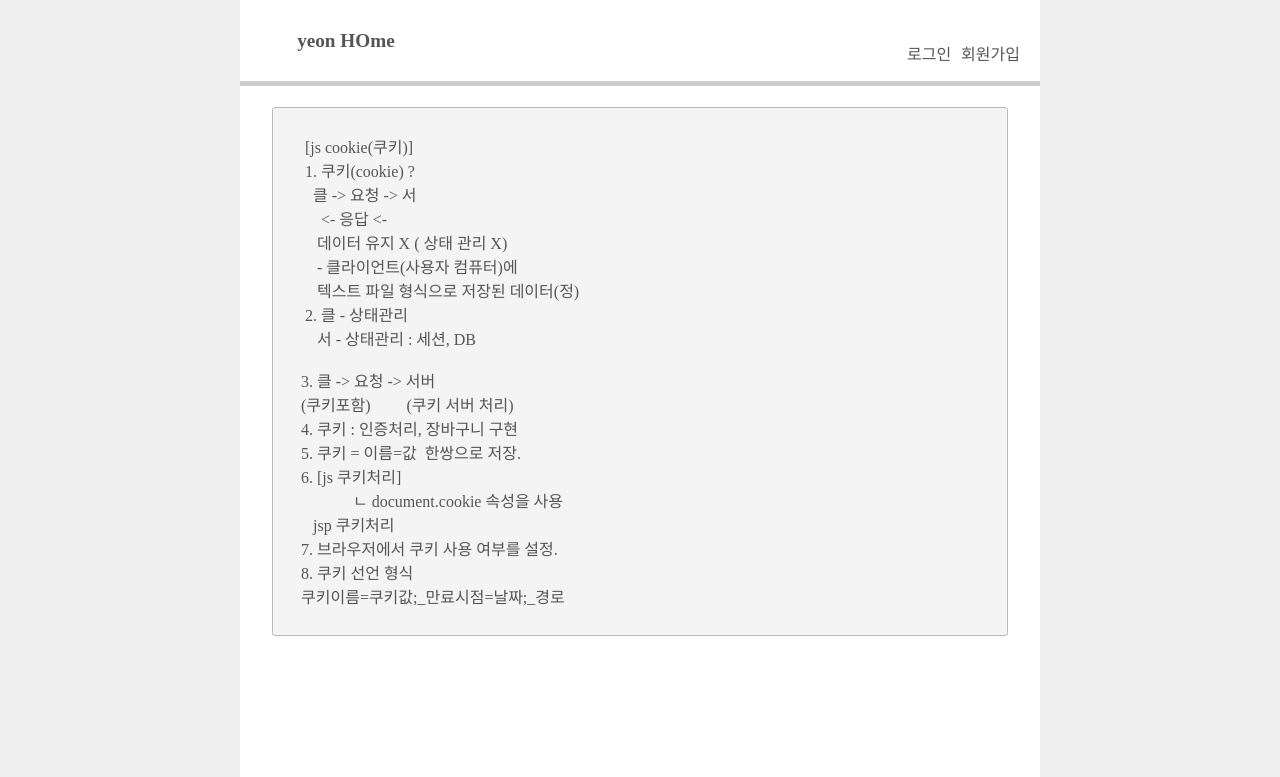
Repository: yeonhwa323/webPro
Page: webPro/src/main/webapp/javascript/days09/ex01.html
An editor plug-in stored every save of this project. The page is shown before and after the next save, followed by the edit.
The browser window is 1280 px wide. The pictures show the whole page.
Some web fonts or font styles are not loaded; a fallback is used.

Above is the page before, as saved 2024-04-17 00:10:45.

### webPro/src/main/webapp/javascript/days09/ex01.html
<!DOCTYPE html>
<html>
<head>
<meta charset="UTF-8">
<meta name="viewport" content="width=device-width, initial-scale=1.0">
<title>Insert title here</title>
<link rel="shortcut icon" type="image/x-icon" href="http://localhost/webPro/images/SiSt.ico">
<script src="https://ajax.googleapis.com/ajax/libs/jquery/3.7.1/jquery.min.js"></script>
<link rel="stylesheet" href="http://localhost/webPro/resources/cdn-main/example.css">
<script src="http://localhost/webPro/resources/cdn-main/example.js"></script>
<style>
 span.material-symbols-outlined{
   vertical-align: text-bottom;
 }
</style>
</head>
<body>
<header>
  <h1 class="main"><a href="#" style="position: absolute;top:30px;">yeon HOme</a></h1>
  <ul>
    <li><a href="#">로그인</a></li>
    <li><a href="#">회원가입</a></li>
  </ul>
</header>
<div>
  <xmp class="code">
    [js cookie(쿠키)]
    1. 쿠키(cookie) ?
      클 -> 요청 -> 서
        <- 응답 <-
       데이터 유지 X ( 상태 관리 X)
       - 클라이언트(사용자 컴퓨터)에
       텍스트 파일 형식으로 저장된 데이터(정)
    2. 클 - 상태관리
       서 - 상태관리 : 세션, DB

   3. 클 -> 요청 -> 서버
   (쿠키포함)         (쿠키 서버 처리)
   4. 쿠키 : 인증처리, 장바구니 구현
   5. 쿠키 = 이름=값  한쌍으로 저장.
   6. [js 쿠키처리]
   		ㄴ document.cookie 속성을 사용
      jsp 쿠키처리
   7. 브라우저에서 쿠키 사용 여부를 설정.
   8. 쿠키 선언 형식
   쿠키이름=쿠키값;_만료시점=날짜;_경로
  </xmp>
</div>
</body>
</html>

### webPro/src/main/webapp/resources/cdn-main/example.css
@charset "UTF-8";

@import url('https://fonts.googleapis.com/css2?family=Material+Symbols+Outlined:opsz,wght,FILL,GRAD@20..48,100..700,0..1,-50..200');

@font-face {
    font-family: 'GmarketSansMedium';
    src: url('https://cdn.jsdelivr.net/gh/projectnoonnu/noonfonts_2001@1.1/GmarketSansMedium.woff') format('woff');
    font-weight: normal;
    font-style: normal;
}

:root {
	--text-color: #555;
	--sub-text-color: #777;
	--back-color: #EFEFEF;
	--header-color: #444;
	--primary-color: #DEDEDE;
	--secondary-color: #EFEFEF;
	--default-width: 800px;
	--narrow-width: 500px;
	--wide-width: 1200px;
	--text-font: 'GmarketSansMedium';
	--icon-font: 'Material Symbols Outlined';
	--border-color: #CCC;
}

html, body {
	margin: 0;
	padding: 0;
}

html {
	background-color: var(--back-color);
	display: flex;
	justify-content: center;
	min-height: 100vh;
}

body, body.default {
	width: var(--default-width);
	background-color: white;
	padding-bottom: 120px;
}

body.wide {
	width: var(--wide-width);
}

body.narrow {
	width: var(--narrow-width);
}



body, p, div, span, a, input, select, option, textarea, button, table, th, td, label, fieldset, legend {
	font-family: var(--text-font);
	color: var(--text-color);
}

h1, h2, h3 {
	font-family: var(--text-font);
	color: var(--header-color);
	padding: 0 1rem;
	padding-top: .5rem;
}

div > h1, div > h2, div > h3 {
	padding: 0;
}

body > div, body > main > div {
	padding: 0.3rem 1rem;
}


h1 { font-size: 2rem; border-bottom: 1px solid var(--border-color); }
h1 small { font-size: 1.2rem; color: var(--sub-text-color); }
h2 { font-size: 1.5rem; border-bottom: 1px dashed var(--border-color); }
h2 small { font-size: 1.1rem; color: --sub-text-color; }
h3 { font-size: 1.2rem; }
h3 small { font-size: 1rem; color: --sub-text-color; }



h1.main::before {
	font-family: var(--icon-font);
  	content: '\e666';
  	margin-right: 10px;
  	float: left;
	font-size: 2.5rem;
}

h1.sub::before {
	font-family: var(--icon-font);
  	content: '\ea19';
  	margin-right: 10px;
  	float: left;
	font-size: 2.5rem;
}


h1.page::before {
	font-family: var(--icon-font);
  	content: '\e0e0';
  	margin-right: 10px;
  	float: left;
	font-size: 2.5rem;
}

body > header > ul > li > .active{
	background-color: #FFF;
	color:#F00;
}

body > header {
	display: flex;
	justify-content: space-between;
	border-bottom: 5px solid var(--border-color);
	min-height: 74px;
	background-color: #FFF;
}

body > header.sticky {
	position: sticky;
	top: 0;
	z-index: 98;
}

body > header > h1 {
	font-size: 1.2rem;
	border: 0;
}

body > header.in > h1::before {
	font-family: var(--icon-font);
  	content: '\e332‥';
  	margin-right: 3px;
  	float: left;
	font-size: 2rem;
}


body > header > ul {
	list-style-type: none;
	display: flex;
	align-items: flex-end;
	margin-right: 10px;
}

body > header > ul > li {
	margin-right: 10px;
	cursor: pointer;
}

body > header > ul > li > a {
	cursor: pointer;
}


form {
	display: block;
}

form > div {
	padding: 0.3rem 1rem;
}

div > form > div {
	padding: 0.3rem 0;
}

input, textarea, button, select {
	border: 1px solid #BBB;
	border-radius: 3px;
	outline: none;
	resize: none;
	padding: 7px;
	margin: 0;
}

input[type=text]:read-only, textarea:read-only {
	cursor: not-allowed;
	background-color: #FFF;
}

input[type=text]:disabled, textarea:disabled {
	cursor: not-allowed;
	background-color: #EEE;
}

input[type=text], input[type=password], textarea, button, select {
	/* width: 300px; */
}

textarea {
	display: block;
	height: 100px;
}

input[type=button], input[type=submit], button {
	/* width: inherit; */
}

input.short, textarea.short, button.short, select.short {
	width: 100px;
}

input.long, textarea.long, button.long, select.long {
	width: 350px;
}

.narrow input.long, .narrow textarea.long, .narrow button.long, .narrow select.long {
	width: calc(100% - 20px);
}

input.full, textarea.full, button.full, select.full {
	width: calc(100% - 20px);
}

textarea.short {
	height: 50px;
}

textarea.long {
	height: 100px;
}

textarea.full {
	height: 200px;
}

input, textarea {
	padding-top: 8px;
}

input[type=button], input[type=submit], button {
	padding: 5px 10px;
	background-color: var(--secondary-color);
	cursor: pointer;
	min-height: 36px;
}

input[type=button].primary, input[type=submit].primary, button.primary {
	/* background-color: rgba(100, 149, 237, .2); */
	background-color: var(--primary-color);
}

input[type=button].primary:hover, input[type=submit].primary:hover, button.primary:hover {
	/* background-color: rgba(100, 149, 237, .3); */
	background-color: var(--secondary-color);
}

input[type=button]:hover, input[type=submit]:hover, button:hover {
	background-color: var(--primary-color);
}

button {
	position: relative;
	left: 0;
	top: 0;
	padding-left: 35px;
}

button .material-symbols-outlined {
	position: absolute;
	left: 10px;
	top: 4px;
}

/* k2nik add */
button.login::before {
	font-family: var(--icon-font);
  	content: '\ea77';
	position: absolute;
	left: 11px;
	top: 4px;
	font-size: 1.25rem;
}

/* k2nik logout */
button.logout::before {
	font-family: var(--icon-font);
  	content: '\e9ba';
	position: absolute;
	left: 11px;
	top: 4px;
	font-size: 1.25rem;
}

/* k2nik help */
button.help::before {
	font-family: var(--icon-font);
  	content: '\f1c0';
	position: absolute;
	left: 11px;
	top: 4px;
	font-size: 1.25rem;
}

button.add::before{
	font-family: var(--icon-font);
  	content: '\e746';
	position: absolute;
	left: 11px;
	top: 4px;
	font-size: 1.25rem;
}

button.back::before {
	font-family: var(--icon-font);
  	content: '\e166';
	position: absolute;
	left: 11px;
	top: 4px;
	font-size: 1.25rem;
}

button.list::before {
	font-family: var(--icon-font);
  	content: '\e0ee';
	position: absolute;
	left: 11px;
	top: 4px;
	font-size: 1.25rem;
}


button.del::before {
	font-family: var(--icon-font);
  	content: '\e872';
	position: absolute;
	left: 11px;
	top: 4px;
	font-size: 1.25rem;
}


button.edit::before {
	font-family: var(--icon-font);
  	content: '\e745';
	position: absolute;
	left: 11px;
	top: 4px;
	font-size: 1.25rem;
}


button.login::before {
	font-family: var(--icon-font);
  	content: '\ea77';
	position: absolute;
	left: 11px;
	top: 4px;
	font-size: 1.25rem;
}


button.logout::before {
	font-family: var(--icon-font);
  	content: '\e9ba';
	position: absolute;
	left: 11px;
	top: 4px;
	font-size: 1.25rem;
}


button.in::before {
	font-family: var(--icon-font);
  	content: '\f71a';
	position: absolute;
	left: 11px;
	top: 4px;
	font-size: 1.25rem;
}


button.out::before {
	font-family: var(--icon-font);
  	content: '\f70e';
	position: absolute;
	left: 11px;
	top: 4px;
	font-size: 1.25rem;
}


button.reply::before {
	font-family: var(--icon-font);
  	content: '\e15e';
	position: absolute;
	left: 11px;
	top: 4px;
	font-size: 1.25rem;
}


button.comment::before {
	font-family: var(--icon-font);
  	content: '\e0b9';
	position: absolute;
	left: 11px;
	top: 4px;
	font-size: 1.25rem;
}


button.modal::before {
	font-family: var(--icon-font);
  	content: '\e89e';
	position: absolute;
	left: 11px;
	top: 4px;
	font-size: 1.25rem;
}


button.ok::before {
	font-family: var(--icon-font);
  	content: '\e86c';
	position: absolute;
	left: 11px;
	top: 4px;
	font-size: 1.25rem;
}


button.cancel::before {
	font-family: var(--icon-font);
  	content: '\e5c9';
	position: absolute;
	left: 11px;
	top: 4px;
	font-size: 1.25rem;
}

button.search::before {
	font-family: var(--icon-font);
  	content: '\e8b6';
	position: absolute;
	left: 11px;
	top: 4px;
	font-size: 1.25rem;
}

button.home::before {
	font-family: var(--icon-font);
  	content: '\e88a';
	position: absolute;
	left: 11px;
	top: 4px;
	font-size: 1.25rem;
}


button.sidebar::before {
	font-family: var(--icon-font);
  	content: '\f7e4';
	position: absolute;
	left: 11px;
	top: 4px;
	font-size: 1.25rem;
}


button.sidebar-right::before {
	font-family: var(--icon-font);
  	content: '\f7e5';
	position: absolute;
	left: 11px;
	top: 4px;
	font-size: 1.25rem;
}




button::before {
	font-family: var(--icon-font);
  	content: '\e323';
	position: absolute;
	left: 11px;
	top: 4px;
	font-size: 1.25rem;
}


table {
	border-collapse: collapse;
	margin: 1rem;
	box-sizing: border-box;
	width: calc(100% - 32px);
}

table.content {
	width: auto;
}

div > table {
	margin: 0;
}

table th, table td {
	border: 1px solid var(--border-color);
	padding: 7px;
	font-weight: normal;
}

table th {
	background-color: var(--back-color);
}

table.vertical th {
	width: 150px;
}

table.vertical td {
	width: calc(100% - 182px);
	padding-left: 10px;
}

table.content td, table.content th {
	width: auto;
}

body.narrow table.vertical th {
	width: 100px;
}

body.narrow table.vertical td {
	width: calc(100% - 182px);
}


table + table {
	margin-top: 30px;
}


p {
	padding: 0 1rem;
}

a {
	text-decoration: none;
}

a:hover {
	color: rgba(255, 99, 71, .7);
}

hr {
	border: 0;
	border-top: 1px solid var(--border-color);
	margin: 2rem 0;
}

.message {
	border: 1px solid var(--border-color);
	background-color: #EFEFEF;
	margin: 1rem;
	width: auto;
	padding-top: 10px;
	padding-bottom: 10px;
	font-size: 14px;
}

.message[title]::before {
	content: attr(title);
	display: block;
	border-bottom: 1px solid var(--border-color);
	padding-bottom: 5px;
	margin-bottom: 10px;
	margin-top: 7px;
}

.message.short {
	max-width: 250px;
}

.message.long {
	max-width: 500px;
}

.badge {
	float: right;
	font-size: .8rem;
	margin-top: 2px;
	margin-right: 2px;
	text-shadow: 0 0 7px gray;
}

.badge.left {
	float: none;
	margin-left: 2px;
}

.badge.right {
	float: right;
}

.badge.red {
	border-radius: 50%;
	padding: 2px 5px;
	background-color: rgb(255, 99, 71, .3);
}

.badge.yellow {

	border-radius: 50%;
	padding: 2px 5px;
	background-color: rgb(255, 215, 0, .5);
}

.badge.blue {
	border-radius: 50%;
	padding: 2px 5px;
	background-color: rgb(100, 149, 237, .3);
}

label + label {
	margin-left: 7px;
}

label input[type=checkbox], label input[type=radio] {
	transform: translate(0, 1px);
}

.group {
	display: flex;
}

.modal-content .group {
	margin-bottom: .5rem;
}

.group label {
	border: 1px solid #BBB;
	border-radius: 3px;
	outline: none;
	resize: none;
	padding: 7px 14px;
	margin: 0;
	border-top-right-radius: 0;
	border-bottom-right-radius: 0;
	background-color: #EFEFEF;
	white-space: nowrap;
	font-size: 14px;
}

.group input[type=text] {
	margin-left: -1px;
	border-top-left-radius: 0;
	border-bottom-left-radius: 0;
}

.group select {
	margin-left: -1px;
	border-top-left-radius: 0;
	border-bottom-left-radius: 0;
}

.group input.full[type=text] {
	margin-left: -1px;
	border-top-left-radius: 0;
	border-bottom-left-radius: 0;
	width: 100%;
}

.group input[type=button]:first-child, .group button:first-child {
	border-top-left-radius: 3px;
	border-bottom-left-radius: 3px;
	margin-left: 0px;
}

.group input[type=button], .group button {
	border-radius: 0;
	margin-left: -1px;
}

.group input[type=button]:last-child, .group button:last-child {
	margin-left: -1px;
	border-top-right-radius: 3px;
	border-bottom-right-radius: 3px;
}

.seperate {
	display: flex;
	justify-content: space-between;
}

div.list {
	width: max-content;
	margin: 1rem;
	border: 1px solid #BBB;
	border-radius: 3px;
	padding: 0;
}

div.list.full {
	width: auto;
	display: block;
	margin: 1rem;
	border: 1px solid #BBB;
	border-radius: 3px;
	padding: 0;
}

div.list > div {
	padding: .5rem 1rem;
	margin: 0;
	border-bottom: 1px solid #BBB;
}

div.list > div:last-child {
	border-bottom: 0;
}

pre.code , xmp.code{
	font-family: consols;
	background-color: rgba(150, 150, 150, .1);
	border: 1px solid #BBB;
	border-radius: 3px;
	padding: .5rem 1rem;
	padding-bottom: .6rem;
	margin: 1rem;
}




*[data-modal-window] {
	position: fixed;
	background-color: rgba(0, 0, 0, .3);
	left: 0;
	top: 0;
	display: none;
	justify-content: center;
	align-items: flex-start;
	width: 100%;
	min-height: 100vh;
	z-index: 100;
	opacity: 0;
	transition: 500ms all;
}

*[data-modal-window] .modal-container {
	border-radius: 5px;
	padding: 1rem;
	padding-bottom: .5rem;
	margin-top: -500px;
	opacity: 0;
	width: 500px;
	background-color: #FFF;
	margin-right: 2rem;
	transition: 500ms all;
}

*[data-modal-size=content] .modal-container {
	width: auto;
}

*[data-modal-size=narrow] .modal-container {
	width: 300px;
}

*[data-modal-size=wide] .modal-container {
	width: 760px;
}


*[data-modal-window] .modal-header {
	border-bottom: 1px solid var(--border-color);
	padding: 2px 5px;
}

*[data-modal-window] .modal-content {
	padding: 1rem 5px;
}

*[data-modal-window] .modal-content div:last-child {
	margin-top: 1rem;
	text-align: right;
}



*[data-sidebar-window] {
	position: fixed;
	background-color: #FFF;
	left: 0;
	top: 0;
	display: block;
	width: 300px;
	border-right: 1px solid var(--border-color);
	box-sizing: border-box;
	box-shadow: 0 0 3px var(--back-color);
	min-height: 100vh;
	z-index: 99;
	transform: translate(-300px, 0);
	transition-duration: 500ms;
	transition-property: transform;
}

*[data-sidebar-direction=right] {
	left: auto;
	right: 0;
	transform: translate(300px, 0);
	border-left: 1px solid var(--border-color);
}

*[data-sidebar-size=wide] {
	width: 500px;
	transform: translate(-500px, 0);
}

*[data-sidebar-window] .sidebar-title {
	border-bottom: 1px solid var(--border-color);
	margin-top: 20px;
	margin-bottom: 20px;
	padding-bottom: 5px;
	display: flex;
	justify-content: space-between;
}

*[data-sidebar-window] .sidebar-title span:last-child {
	cursor: pointer;
}


/* K2Nik pagination */
.center {
  text-align: center;
}

.pagination {
  display: inline-block;
}

.pagination a {
  color: black;
  float: left;
  padding: 3px 6px;
  text-decoration: none;
  transition: background-color .3s;
  border: 1px solid #ddd;
  margin: 0 3px;
}

.pagination a.active {
  background-color: #4CAF50;
  color: white;
  border: 1px solid #4CAF50;
}

.pagination a:hover:not(.active) {background-color: #ddd;}

### webPro/src/main/webapp/resources/cdn-main/example.js

window.onload = () => {

    const list = document.querySelectorAll('input, textarea');

    list.forEach(item => {
        item.setAttribute('autocomplete', 'off');
    });


    const modal_btn_list = document.querySelectorAll('*[data-modal-button]');

    modal_btn_list.forEach(item => {
        item.onclick = function() {

            const name = this.dataset['modalButton'];
            const modal_window = document.querySelector('*[data-modal-window=' + name);

            const container = document.createElement('div');
            container.className = 'modal-container';



            const modal_header = document.createElement('div');
            modal_header.textContent = modal_window.dataset['modalTitle'];
            modal_header.className = 'modal-header';
            container.appendChild(modal_header);

            const modal_content = document.createElement('div');
            modal_content.className = 'modal-content';
            container.appendChild(modal_content);

            Array.from(modal_window.childNodes).forEach(item => {
                modal_content.appendChild(item);
            });

            modal_window.appendChild(container);

            modal_window.style.display = 'flex';

            setTimeout(() => {
                modal_window.style.opacity = 1;
                container.style.marginTop = '20px';
                container.style.opacity = 1;
            }, 50);


            const modal_ok = document.querySelector('*[data-modal-ok=' + name);
            modal_ok.addEventListener('click', function() {
                modal_window.style.opacity = 0;
                container.style.marginTop = '-500px';
                container.style.opacity = 0;

                setTimeout(() => {
                    modal_window.innerHTML = modal_content.innerHTML;
                    modal_window.style.display = 'none';
                }, 500);

            });

            const modal_cancel = document.querySelector('*[data-modal-cancel=' + name);
            modal_cancel.addEventListener('click', function() {

                modal_window.style.opacity = 0;
                container.style.marginTop = '-500px';
                container.style.opacity = 0;

                setTimeout(() => {
                    modal_window.innerHTML = modal_content.innerHTML;
                    modal_window.style.display = 'none';
                }, 500);
            });


        };
    });


    const sidebar_btn_list = document.querySelectorAll('*[data-sidebar-button]');

    sidebar_btn_list.forEach(item => {
        item.onclick = function() {



            const name = this.dataset['sidebarButton'];
            const sidebar_window = document.querySelector('*[data-sidebar-window=' + name);

            if (sidebar_window.style.transform == 'translate(0px, 0px)') return;



            sidebar_window.style.transform = 'translate(0, 0)';

            const sidebar_title = document.createElement('div');
            sidebar_title.className = 'sidebar-title';
            sidebar_title.innerHTML = '<span>' + sidebar_window.dataset['sidebarTitle'] + '</span><span class="material-symbols-outlined">close</span>';

            sidebar_title.children[1].onclick = function() {

                let sign = 1;
                let distance = 300;

                if (sidebar_window.dataset['sidebarDirection'] != 'right') {
                    sign = -1;
                } else {
                    sign = 1;
                }

                if (sidebar_window.dataset['sidebarSize'] != 'wide') {
                    distance = 300;
                } else {
                    distance = 500;
                }

                distance *= sign;

                sidebar_window.style.transform = 'translate(' + distance + 'px, 0)';

                setTimeout(function() {
                    sidebar_window.removeChild(sidebar_window.children[0]);
                }, 500);
            };


            sidebar_window.prepend(sidebar_title);

        }
    });

};

// window.onkeydown = function(event) {

//     if (event.keyCode == 27) {
//         if (document.querySelector('[data-modal-window').style.display == 'flex') {
//             document.querySelector('[data-modal-window').style.display = 'none';
//         }
//     }

// };

After the next save:
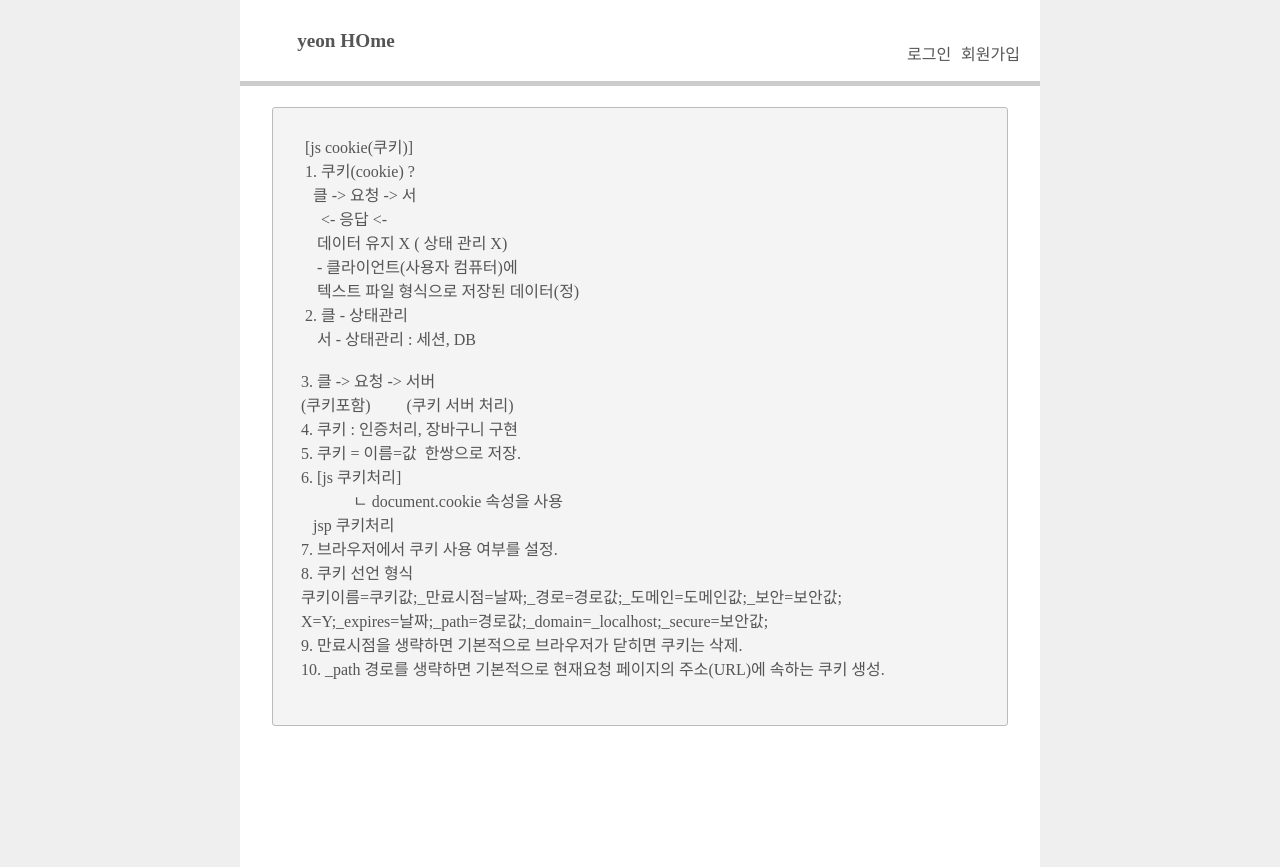
Saved 4 min 10 s later.
--- a/webPro/src/main/webapp/javascript/days09/ex01.html
+++ b/webPro/src/main/webapp/javascript/days09/ex01.html
@@ -43,7 +43,11 @@
       jsp 쿠키처리
    7. 브라우저에서 쿠키 사용 여부를 설정.
    8. 쿠키 선언 형식
-   쿠키이름=쿠키값;_만료시점=날짜;_경로
+   쿠키이름=쿠키값;_만료시점=날짜;_경로=경로값;_도메인=도메인값;_보안=보안값;
+   X=Y;_expires=날짜;_path=경로값;_domain=_localhost;_secure=보안값;
+   9. 만료시점을 생략하면 기본적으로 브라우저가 닫히면 쿠키는 삭제.
+   10. _path 경로를 생략하면 기본적으로 현재요청 페이지의 주소(URL)에 속하는 쿠키 생성.
+
   </xmp>
 </div>
 </body>
